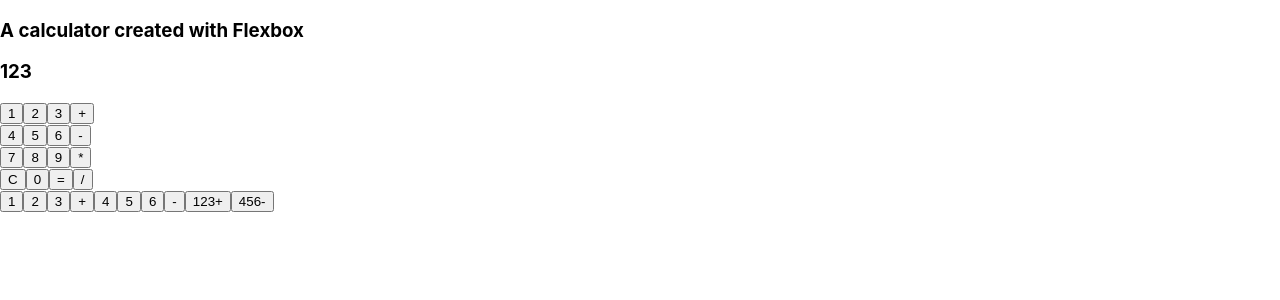
Repository: qudos4real/calculator
Page: /
The author's editor kept a copy of each file at every save. The page is drawn from the files as they stood at one save, then again after the next save.
The browser window is 1280 px wide. The pictures show the whole page.
The project was rebuilt for these pictures with package versions that can differ from the ones it lists, and the page was loaded fresh each time.

Above is the page before, as saved 2022-10-08 19:16:09.

### src/index.css
body {
  margin: 0;
  font-family: -apple-system, BlinkMacSystemFont, 'Segoe UI', 'Roboto', 'Oxygen',
    'Ubuntu', 'Cantarell', 'Fira Sans', 'Droid Sans', 'Helvetica Neue',
    sans-serif;
  -webkit-font-smoothing: antialiased;
  -moz-osx-font-smoothing: grayscale;
}

code {
  font-family: source-code-pro, Menlo, Monaco, Consolas, 'Courier New',
    monospace;
}
   border: 10px solid black;

### src/App.js
import Buttons from "./components/Buttons";
import Main from "./components/Main";


const numbers = [1,2,3,"+"]


function App() {
  return (
    <div>
     <Main />
     <Buttons />
    </div>
  );
}

export default App;

### src/components/Buttons.js
import React from 'react'


const numbers = [[1, 2, 3, "+"], [4,5,6,"-"]]

function Buttons() {
    return (
        <div>

          {numbers.flat().map((num) => {
                return (
                    <button key={num} className="num" value={num} onClick={() => {
                        console.log(`${num} clicked`)
                    }
                    } >{num}</button>
                )
            })}

            {numbers.map((num) => {
                return (
                    <button key={num} className="num" value={num} onClick={() => {
                        console.log(`${num} clicked`)
                    }
                    } >{num}</button>
                )
            })}
        </div>
    )
}

export default Buttons

### src/components/main.js

import React from 'react'

function Main() {
    return (
        <>
            <div className="major-container">
                <h3>A calculator created with Flexbox</h3>
                <div className="container">
                    <div className="output"><h3>123</h3></div>
                    <div className="container-elements">
                        <div className="container2">
                            <button className="calc_btn number">1</button>
                            <button className="calc_btn number">2</button>
                            <button className="calc_btn number">3</button>
                            <button className="calc_btn operator">+</button>
                        </div>
                        <div className="container2">
                            <button className="calc_btn number">4</button>
                            <button className="calc_btn number">5</button>
                            <button className="calc_btn number">6</button>
                            <button className="calc_btn operator">-</button>
                        </div>
                        <div className="container2">
                            <button className="calc_btn number">7</button>
                            <button className="calc_btn number">8</button>
                            <button className="calc_btn number">9</button>
                            <button className="calc_btn operator">*</button>
                        </div>
                        <div className="container2">
                            <button className="calc_btn cancel">C</button>
                            <button className="calc_btn number">0</button>
                            <button className="calc_btn number">=</button>
                            <button className="calc_btn operator">/</button>
                        </div>
                    </div>
                </div>
            </div>
        </>
    )
}

export default Main;

Loaded but not shown: public/index.html (common file); src/index.js (common file)

After the next save:
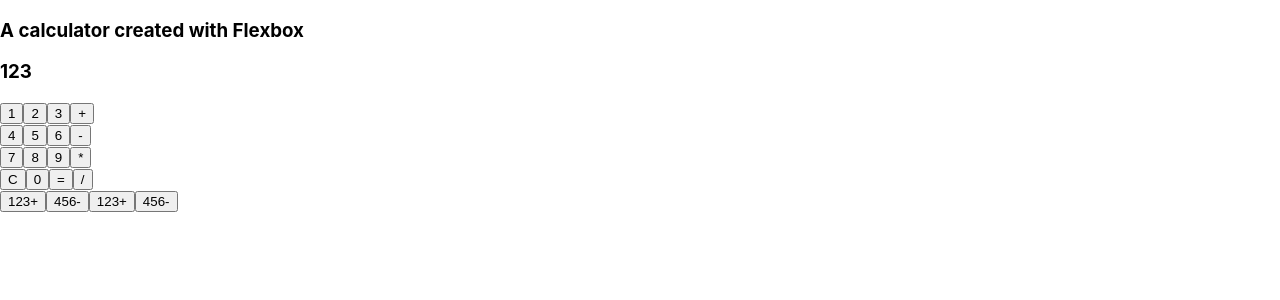
Saved 32 s later.
--- a/src/components/Buttons.js
+++ b/src/components/Buttons.js
@@ -7,7 +7,7 @@
     return (
         <div>
 
-          {numbers.flat().map((num) => {
+          {numbers.flatMap((num) => {
                 return (
                     <button key={num} className="num" value={num} onClick={() => {
                         console.log(`${num} clicked`)

After the save that followed:
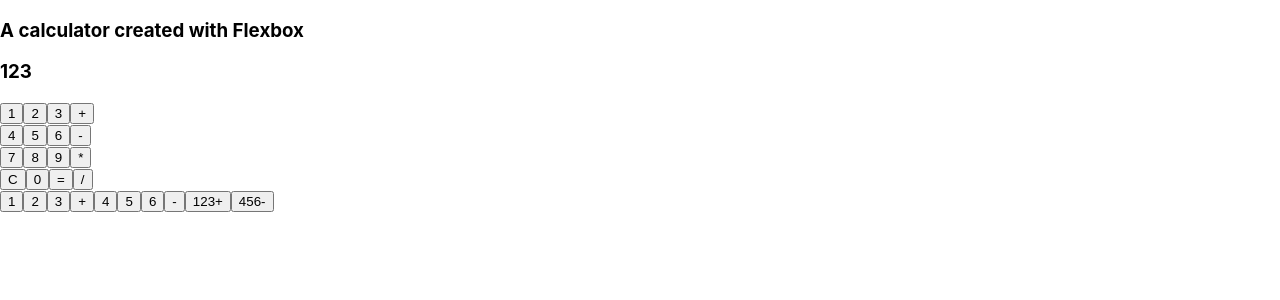
Saved 21 s later.
--- a/src/components/Buttons.js
+++ b/src/components/Buttons.js
@@ -7,7 +7,7 @@
     return (
         <div>
 
-          {numbers.flatMap((num) => {
+          {numbers.flat().map((num) => {
                 return (
                     <button key={num} className="num" value={num} onClick={() => {
                         console.log(`${num} clicked`)
